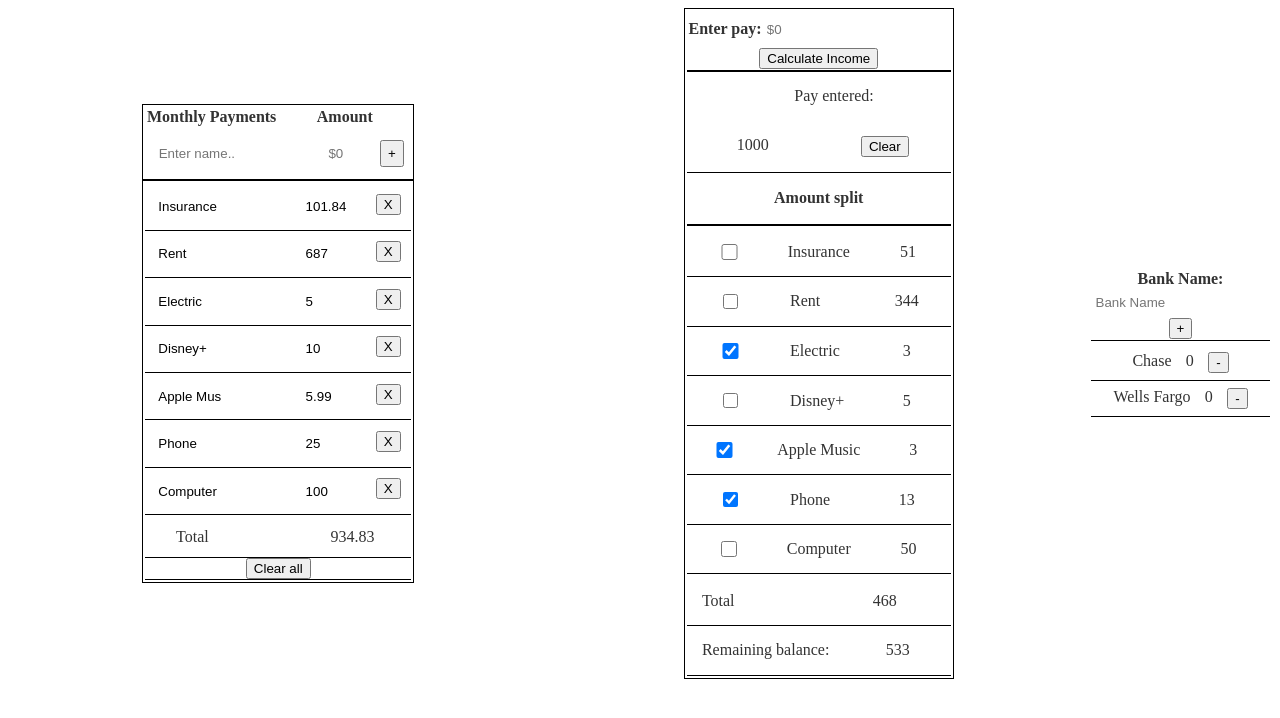
Repository: Kayla-amr/final-project-vue
Page: /
The author's editor kept a copy of each file at every save. The page is drawn from the files as they stood at one save, then again after a run of saves.
The browser window is 1280 px wide. The pictures show the whole page.
The project was rebuilt for these pictures with package versions that can differ from the ones it lists, and the page was loaded fresh each time. Also part of the build but not shown: vite.config.js.

Above is the page before, as saved 2023-04-12 07:02:23.

### src/App.vue
<script setup>
import OutcomeForm from './components/OutcomeForm.vue';
import DocumentBudget from './components/DocumentBudget.vue';
import SplitBudget from './components/SplitBudget.vue';
import BankTransfer from './components/BankTransfer.vue';


</script>

<template>

    <div id="app">
        <div class="budgetFormList">
            <outcome-form @add:budget="addBudgets" />
            <document-budget :budgets="budgets"/>
        </div>
        <div class="incomeSplitList">
            <split-budget :budgets="budgets" @add:income="addIncomes" :incomes="incomes" />
        </div>
        <div class="bankTransferList" >
            <bank-transfer  @add:bank="addBanks" :banks="banks"/>
        </div>
    </div>
</template>

<script>
export default {
    name: 'app',
    components: {
        OutcomeForm,
        DocumentBudget,
        SplitBudget,
        BankTransfer
    },
    data() {
        return {
            budgets: [
                {
                    id: 1,
                    name: "Insurance",
                    amount: 101.84,
                    selected: false
                },
                {
                    id: 2,
                    name: "Rent",
                    amount: 687,
                    selected: false
                },
                {
                    id: 3,
                    name: "Electric",
                    amount: 5,
                    selected: true
                },
                {
                    id: 4,
                    name: "Disney+",
                    amount: 10,
                    selected: false
                },
                {
                    id: 5,
                    name: "Apple Music",
                    amount: 5.99,
                    selected: true
                },

                {
                    id: 6,
                    name: "Phone",
                    amount: 25,
                    selected: true
                },
                {
                    id: 7,
                    name: "Computer",
                    amount: 100,
                    selected: false
                }
            ],
            incomes: [
                {
                    id: 1,
                    amount: 1000,
                }

            ],
            banks: [
                {
                    id: 1,
                    name: "Chase",
                    amount: 0,
                },
                {
                    id: 2,
                    name: "Wells Fargo",
                    amount: 0,
                }
            ]
        }
    },

    //map method  or filter

    //property in object true or false



    methods: {
        addBudgets(budget) {
            const addId = this.budgets.length > 0 ? this.budgets[this.budgets.length - 1].id : 0;
            const id = addId + 1;

            const newBudgets = {
                id,
                ...budget
            }

            this.budgets = [...this.budgets, newBudgets]

        },
        addIncomes(income) {
            const addId = this.incomes.length > 0 ? this.incomes[this.incomes.length - 1].id : 0;
            const id = addId + 1;

            const newIncomes = {
                id,
                ...income
            }

            this.incomes = [...this.incomes, newIncomes]
        },
        addBanks(bank) {
            const addId = this.banks.length > 0 ? this.banks[this.banks.length - 1].id : 0;
            const id = addId + 1;

            const newBanks = {
                id,
                ...bank
            }

            this.banks = [...this.banks, newBanks]
        },



    }
}
</script>

<style>
#app {
    display: flex;
    flex-direction: row;
    align-items: center;
    width: 100%;
    height: 100%;
    color: #333;
}

.budgetFormList {
    width: 100%;
}

.incomeSplitList {
    width: 100%;
}
</style>

### src/components/OutcomeForm.vue
<template>
  <div>
    <form @submit.prevent="handleSubmit" class="outcomeForm">
      <table>
        <thead>
          <tr>
            <th>Monthly Payments</th>
            <th>Amount</th>
          </tr>
        </thead>
        <tbody>
          <tr>
            <td>
              <input class="name" type="text" v-model="budgets.name" placeholder="Enter name...">
            </td>
            <td class="otd">
              <input class="amount" type="text" v-model="budgets.amount" placeholder="$0" />

              <button type="submit">+</button>
            </td>
          </tr>
        </tbody>
      </table>
    </form>
  </div>
</template>

//Look for string in total and make them numbers

<script>

export default {
  name: 'outcome-form',
  data() {
    return {
      budgets: {
        name: "",
        amount:""
      }
    }
  },
  methods: {
    handleSubmit() {
      const budget = {
        name: this.budgets.name,
        amount: this.budgets.amount
      }
      this.$emit('add:budget', budget)
    }
  }
}
</script>

<style>
table{
    width: 100%;
}
.outcomeForm {
    margin: 0 auto;
    width: 50%;
    border: 1px solid black;
    border-collapse: collapse;
}

.outcomeForm th{
  width: 100%;
}
.otd {
  display: flex;
}
.outcomeForm tr{
    border: none;
    justify-content: space-between;

}

input{
  padding: 2% 0;
  margin: 2% ;
  width: inherit;
  border: none;
}

.name{
    width: 50%;
}
.amount{
    width: 50px;
}
</style>

### src/components/DocumentBudget.vue
<template>
    <div class="document-budget">
        <table>
            <tbody>
                <tr class="budgetList" v-for="budget in budgets" :key="budget.id">
                    <td class="name"> <input type="text" v-model="budget.name"></td>
                    <td class="amount"><input type="text" v-model="budget.amount"></td>
                    <td><button @click="removeBudget(budget.id)">X</button></td>
                </tr>
            </tbody>
            <tfoot>
                <tr>
                    <td class="name">Total</td>
                    <td class="amount">{{ total }}</td>
                </tr>
                <tr><button @click="clearAll()">Clear all</button></tr>
            </tfoot>
        </table>
    </div>

</template>

<script>
export default {
    name: 'document-budget',
    props: {
        budgets: Array
    },
    computed: {
        total() {
    return this.budgets.reduce((total, budget) => {
      return total + parseFloat(budget.amount)
    }, 0)
  }

    },
    methods: {
        removeBudget(id) {
            const index = this.budgets.findIndex(budget => budget.id === id)
            this.budgets.splice(index, 1)
        },
        clearAll(){
            this.budgets.splice(0, this.budgets.length)
        },
    }
}
</script>

<style>
.document-budget {
    margin: 0 auto;
    width: 50%;
    border: 1px solid black;
    border-collapse: collapse;
}
tr{
    width: 100%;
    display: flex;
    border: none;
    justify-content: center;
    border-bottom: 1px solid black;

}
td{
    border: none;
    padding: 2%;
    margin: 2%;
}

tfoot td{
    width: 100%;
}
.document-budget .amount button{
    margin-left: 10px;
}
.amount{
    display: flex;
    flex-direction: row;
    align-items: center;
}

.budgetDivided{
    width: 20%;
}

.budgetDivided td{
    padding: 10px;
    display: flex;
    justify-content: center;
}

</style>

### src/components/SplitBudget.vue
<template>
    <div>

        <table>
            <thead>

            </thead>
            <tbody>

            </tbody>
        </table>
    </div>
    <div>
        <table class="budgetDivided">
            <thead>
                <tr>
                    <th>
                        <form @submit.prevent="handleSubmit">
                            <label for="amount">Enter pay:</label>
                            <input type="text" id="amount" v-model="income.amount" placeholder="$0" />
                            <button type="submit">Calculate Income</button>
                        </form>
                    </th>
                </tr>

                <td>Pay entered: </td>
                <tr v-for="income in incomes" :key="income.id">
                    <td>{{ income.amount }}</td>
                    <td> <button type="delete" @click="deleteIncome(income.id)">Clear</button></td>
                </tr>
                <tr>
                    <th>
                    <td>Amount split</td>
                    </th>

                </tr>

            </thead>
            <tbody>
                <tr v-for="budget in budgets" :key="budget.id">
                    <td>
                        <input type="checkbox" v-model="budget.selected"/>
                    </td>
                    <td class="name">{{ budget.name }}</td>
                    <td>
                        {{ Math.ceil(budget.amount / 2) }}
                    </td>
                </tr>
            </tbody>
            <tfoot>
                <tr>
                    <td class="name">Total</td>
                    <td class="amount totalDivided">{{ Math.ceil(totalDivided) }}</td>
                </tr>
                <tr v-for="income in incomes" :key="income.id">
                    <td>Remaining balance:</td>
                    <td>{{ Math.ceil(income.amount - totalDivided) }}</td>
                </tr>
            </tfoot>
        </table>
    </div>
</template>

<script>
export default {
    name: 'split-budget',
    props: {
        budgets: Array,
        incomes: Array,
        banks: Array
    },
    emits: ['add:income'],
    computed: {
        total() {
            return this.budgets.reduce((total, budget) => {
                return total + budget.amount
            }, 0)
        },
        totalDivided() {
            return this.budgets.reduce((total, budget) => {
                return total + budget.amount / 2
            }, 0)
        }

    },
    data() {
        return {
            income: {
                name: '',
                amount: ''
            }
        }
    },
    methods: {
        handleSubmit() {
            this.$emit('add:income', this.income)
            this.income = {
                name: '',
                amount: ''
            }
        },
        deleteIncome(id) {
            const index = this.incomes.findIndex(income => income.id === id)
            this.incomes.splice(index, 1)
        },
    }
}
</script>

<style>
.budgetDivided {
    margin: 0 auto;
    width: 50%;
    border: 1px solid black;
}

.budgetDivided th {
    width: 100%;
    display: flex;
    justify-content: center;
    border-bottom: 1px solid black;
}

.budgetDivided td {
    width: 100%;
    display: flex;
    white-space: nowrap;
}

.budgetDivided .name {
    display: flex;
    justify-content: flex-start;
}
</style>

### src/components/BankTransfer.vue
<template>
    <div>

        <form @submit.prevent="handleSubmit">
            <table>
                <thead>
                    <tr>
                        <th>
                            <label for="name">Bank Name:</label>
                            <input type="text" id="bankName" v-model="bank.name" placeholder="Bank Name" />
                            <button type="submit">+</button>
                        </th>
                    </tr>
                </thead>
            </table>
        </form>
    </div>
    <div>
        <table>
            <tbody>
                <tr v-for="bank in banks" :key="bank.id">
                    <td>{{ bank.name }}</td>
                    <td>{{ bank.amount }}</td>
                    <td> <button type="delete" @click="removeBank(bank.id)">-</button></td>
                </tr>
            </tbody>
        </table>
    </div>
</template>

<script>
export default {
    name: 'bank-transfer',
    props: {
        banks: Array
    },
    emits: ['add:bank'],

    computed: {
        total() {
            return this.banks.reduce((total, bank) => {
                return total + bank.amount
            }, 0)

        }

    },
    data() {
        return {
            bank: {
                name: '',
                amount: 0
            }
        }
    },
    methods: {
        removeBank(id) {
            const index = this.banks.findIndex(bank => bank.id === id)
            // eslint-disable-next-line vue/no-mutating-props
            this.banks.splice(index, 1)
        },
        handleSubmit() {
            this.$emit('add:bank', this.bank)
            this.bank = {
                name: "",
                amount: 0
            }
        },
        transferBudget() {
            const fromBank = this.banks.find((bank) => bank.id === this.fromBankId);
            const toBank = this.banks.find((bank) => bank.id === this.toBankId);
            const selectedBudgets = this.budgets.filter((budget) => budget.selected);

            selectedBudgets.forEach((budget) => {
                fromBank.amount -= budget.amount;
                toBank.amount += budget.amount;
                budget.selected = false; // deselect the budget after transferring its amount
            });
        }

    }
}
</script>

Loaded but not shown: index.html (common file); src/main.js (common file)

After the next 2 saves:
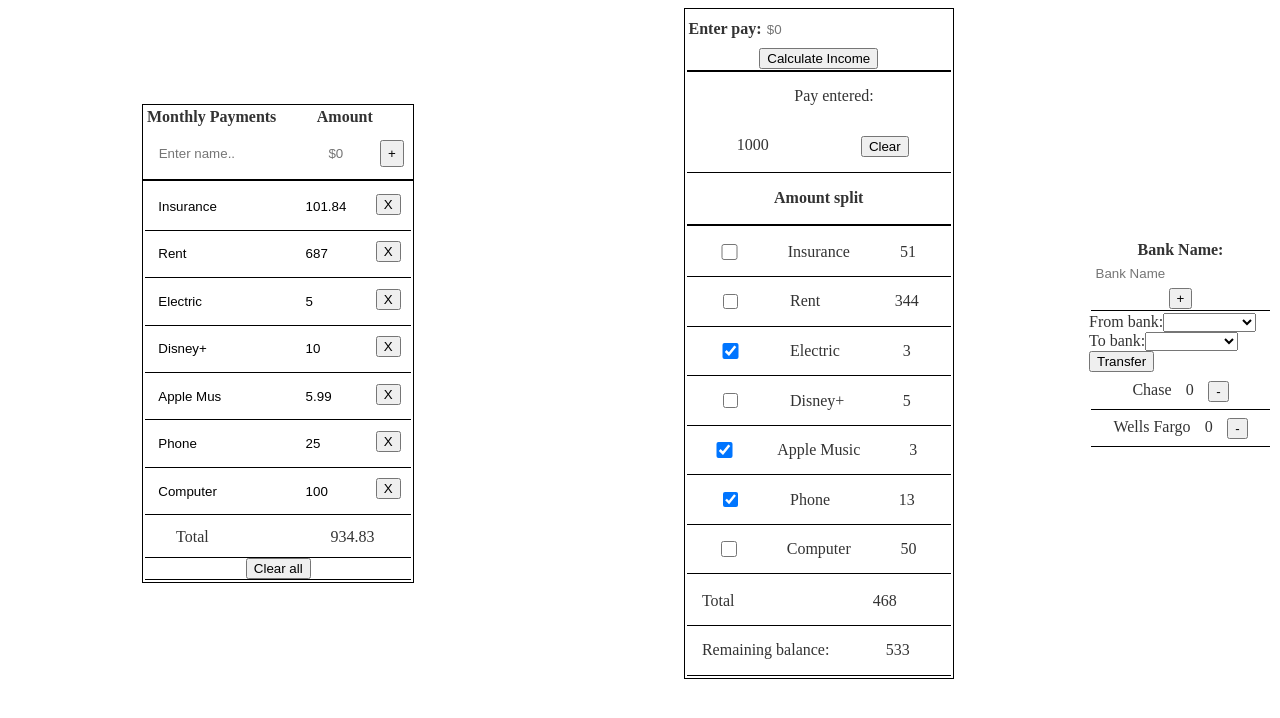
The 2 saves are shown as one change because they came seconds apart.
The last was saved 6 s later.
--- a/src/components/BankTransfer.vue
+++ b/src/components/BankTransfer.vue
@@ -15,6 +15,21 @@
             </table>
         </form>
     </div>
+    <div>
+    <form @submit.prevent="transferBudget">
+      <label for="from-bank">From bank:</label>
+      <select id="from-bank" v-model="fromBankId">
+        <option v-for="bank in banks" :key="bank.id" :value="bank.id">{{ bank.name }}</option>
+      </select>
+
+      <label for="to-bank">To bank:</label>
+      <select id="to-bank" v-model="toBankId">
+        <option v-for="bank in banks" :key="bank.id" :value="bank.id">{{ bank.name }}</option>
+      </select>
+
+      <button type="submit">Transfer</button>
+    </form>
+  </div>
     <div>
         <table>
             <tbody>

After the 5 saves that followed:
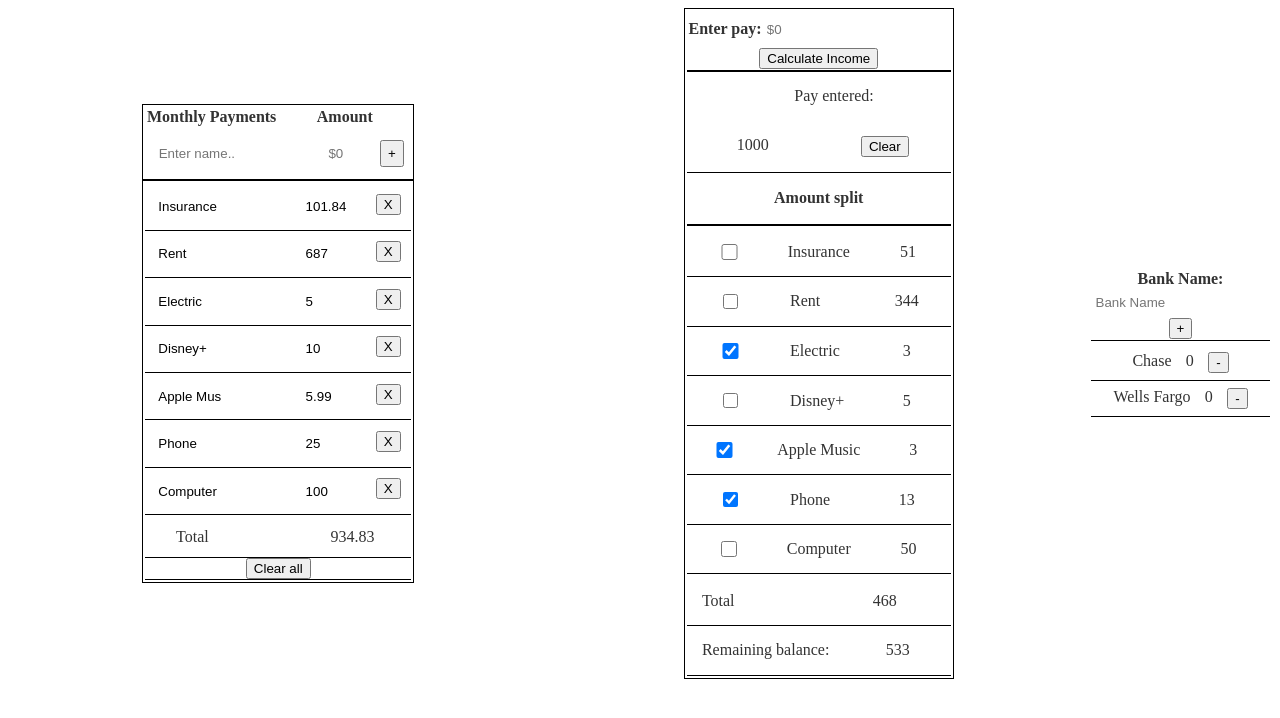
The 5 saves are shown as one change because 1 left the picture as it was and some came seconds apart.
The last was saved 2 min 48 s later.
--- a/src/components/BankTransfer.vue
+++ b/src/components/BankTransfer.vue
@@ -1,6 +1,5 @@
 <template>
     <div>
-
         <form @submit.prevent="handleSubmit">
             <table>
                 <thead>
@@ -15,21 +14,6 @@
             </table>
         </form>
     </div>
-    <div>
-    <form @submit.prevent="transferBudget">
-      <label for="from-bank">From bank:</label>
-      <select id="from-bank" v-model="fromBankId">
-        <option v-for="bank in banks" :key="bank.id" :value="bank.id">{{ bank.name }}</option>
-      </select>
-
-      <label for="to-bank">To bank:</label>
-      <select id="to-bank" v-model="toBankId">
-        <option v-for="bank in banks" :key="bank.id" :value="bank.id">{{ bank.name }}</option>
-      </select>
-
-      <button type="submit">Transfer</button>
-    </form>
-  </div>
     <div>
         <table>
             <tbody>
@@ -50,7 +34,6 @@
         banks: Array
     },
     emits: ['add:bank'],
-
     computed: {
         total() {
             return this.banks.reduce((total, bank) => {
@@ -74,24 +57,13 @@
             // eslint-disable-next-line vue/no-mutating-props
             this.banks.splice(index, 1)
         },
-        handleSubmit() {
+        handleSubmit(){
             this.$emit('add:bank', this.bank)
             this.bank = {
                 name: "",
                 amount: 0
             }
         },
-        transferBudget() {
-            const fromBank = this.banks.find((bank) => bank.id === this.fromBankId);
-            const toBank = this.banks.find((bank) => bank.id === this.toBankId);
-            const selectedBudgets = this.budgets.filter((budget) => budget.selected);
-
-            selectedBudgets.forEach((budget) => {
-                fromBank.amount -= budget.amount;
-                toBank.amount += budget.amount;
-                budget.selected = false; // deselect the budget after transferring its amount
-            });
-        }
 
     }
 }
